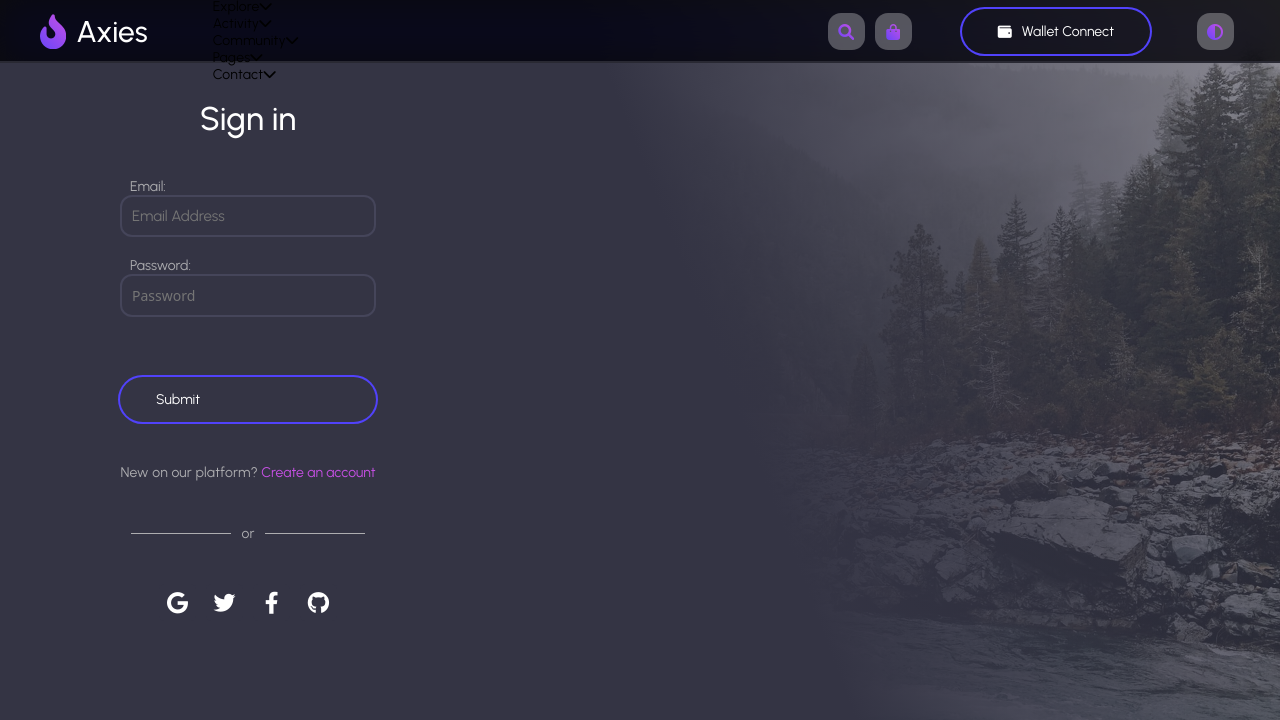
Repository: mohammadfakhrolahi/Axies
Page: public/pages/sign-in/index.html
These files come from the project's save history. The page is drawn as it stood at one moment and after the next save; the edit follows.
The browser window is 1280 px wide. The pictures show the whole page.
The style sheet was rebuilt from its Sass, Less or Tailwind sources for each picture, by a compiler version that may differ from the author's.

Above is the page before, as saved 2022-06-01 12:00:38.
Console error: TypeError: Cannot read properties of null (reading 'addEventListener')

### public/pages/sign-in/index.html
<!DOCTYPE html>
<html lang="en">
<head>
  <meta charset="UTF-8">
  <meta http-equiv="X-UA-Compatible" content="IE=edge">
  <meta name="viewport" content="width=device-width, initial-scale=1.0">
  <link rel="stylesheet" href="./main.css">
  <link rel="stylesheet" href="../../styles/shared/header.css">
  <link rel="icon" href="./public/images/01_header/favicon.png">
  <link rel="stylesheet" href="https://cdnjs.cloudflare.com/ajax/libs/font-awesome/6.0.0/css/all.min.css"
  integrity="sha512-9usAa10IRO0HhonpyAIVpjrylPvoDwiPUiKdWk5t3PyolY1cOd4DSE0Ga+ri4AuTroPR5aQvXU9xC6qOPnzFeg=="
  crossorigin="anonymous" referrerpolicy="no-referrer"/>
  <title>Axies - Sign in</title>
</head>
<body>
  <header class="main-header">
    <div class="header__section1">
      <a href="../../../index.html" class="logo">
        <i class="fa-solid fa-fire-flame-curved"></i>
         Axies
        </a>

      <nav class="header-nav">
        <ul class="header-nav__items">
          <li class="header-nav__item">Home<i class="fa-solid fa-chevron-down"></i></li>
          <li class="header-nav__item">Explore<i class="fa-solid fa-chevron-down"></i></li>
          <li class="header-nav__item">Activity<i class="fa-solid fa-chevron-down"></i></li>
          <li class="header-nav__item">Community<i class="fa-solid fa-chevron-down"></i></li>
          <li class="header-nav__item">Pages<i class="fa-solid fa-chevron-down"></i></li>
          <li class="header-nav__item">Contact<i class="fa-solid fa-chevron-down"></i></li>
        </ul>
      </nav>
    </div>

    <div class="header__section2">
      <div id="header-btn-container">
        <button class="icon-s icon-box-s" id="search-btn">
          <i class="fa-solid fa-magnifying-glass"></i>
        </button>

        <button class="icon-s icon-box-s" id="cart-btn-open" onclick="openNav()">
          <i class="fa-solid fa-bag-shopping"></i>
        </button>
      </div>

      <button class="btn-l" id="wallet-connect"><i class="fa-solid fa-wallet"></i> Wallet Connect</button>

      <div class="theme-mode">
        <button class="icon-box-s" onclick="themeToggle()">
          <i class="fa-solid fa-circle-half-stroke"></i>
        </button>
      </div>
    </div>

    <div id="search-box-container">
      <form id="search-box">
        <input id="search-box__input" type="text" placeholder="Search...">

        <button class="icon-s" id="search-box__btn">
          <i class="fa-solid fa-magnifying-glass"></i>
        </button>
      </form>
    </div>

    <div id="overlay"></div>

    <div id="cart-menu">
      <div id="cart-menu__main-section">
        <button class="btn-xs" id="cart-btn-close">
          <i class="fa-solid fa-2x fa-xmark"></i>
        </button>

        <h2 id="card-menu__header">My Cart</h2>

        <div class="cart-items">
          <div class="cart-item">
            <div class="cart-item__img-details">
              <div class="profile-image-box-s">
                <img src="../../images/05_Today's Picks/card-item-3.jpg" alt="NFT Image" title="NFT Image">
              </div>

              <div class="cart-item__details">
                <span class="nft-name">Name</span>

                <span class="nft-price">10 ETH</span>
              </div>
            </div>

            <div class="cart-item__last-section">
              <span class="nft-number">2</span>

              <button class="remove-nft btn-s">Remove</button>
            </div>
          </div>

        </div>
      </div>

      <div id="total-price">
        <span class="total-price__price">Total: </span> &nbsp; &nbsp;
        <span class="total-price__price">10 ETH</span>
      </div>
    </div>
  </header>

  <main>
    <div id="main-signin">
      <div id="background">
        <div id="signin-section">
          <h2 id="signin__header">Sign in</h2>

          <form id="signin__form">
            <label class="label" for="email">Email:</label>
            <input type="text" id="email" class="input" name="email" placeholder="Email Address">

            <label class="label" for="password">Password:</label>
            <input type="password" id="password" class="input" name="password" placeholder="Password">

            <input type="submit" id="signin-button" class="btn-l">
          </form>

          <div id="text-container">
            <span>New on our platform?</span> &nbsp;
            <a href="#">Create an account</a>
          </div>

          <div id="or-div">
            <hr class="divider"/>
            <span>or</span>
            <hr class="divider"/>
          </div>

          <div class="other-account">
            <a href="" class="login-icon-box" id="google" target="_blanck" title="Google Acount">
              <i class="fa-brands fa-google"></i>
            </a>

            <a href="https://twitter.com/mohammadfMe" class="login-icon-box" id="twitter" target="_blanck" title="Twitter">
              <i class="fa-brands fa-twitter"></i>
            </a>

            <a href="https://www.facebook.com/" class="login-icon-box" id="facebook" target="_blanck" title="Facebook">
              <i class="fa-brands fa-facebook-f"></i>
            </a>

            <a href="https://www.github.com/" class="login-icon-box" id="github" target="_blanck" title="Github">
              <i class="fa-brands fa-github"></i>
            </a>

        </div>
        </div>
      </div>
    </div>
  </main>

  <script src="../../../src/index.js"></script>
</body>
</html>

### public/pages/sign-in/main.scss
// Import Files
@import '../../styles/globalStyling/layout';

main {
  height: 100vh;
  @include flex-jc-ic();
  // padding: 2rem 8rem;
}

#main-signin {
  width: 100%;
  height: 100%;
  @include flex-js-ic();
  background: url('../../images/login-3.jpg') center/cover no-repeat;
}

#background {
  width: 100%;
  height: 100%;
  background: var(--primary-gradiant-bg);
  background: var(--primary-gradiant);
  transition: 0.2s;
}

#signin-section {
  width: 20%;
  height: 100%;
  @include column-jc-ic();
  margin-left: 12rem;
}

// Header
#signin__header {
  color: var(--primary-text);
  font: {
    size: $font-33;
    weight: $weight-500;
  }
}

// Input
.input:not(:last-child) {
  margin-bottom: 2rem;
}

// Submit
#signin-button {
  margin-top: 4rem;
}

// Create account text
#text-container {
  @include flex-js-ic();
  margin-top: 4rem;
  font-size: $font-14;

  span {
    color: var(--secondary-text);
  }

  a {
    color: var(--orchid);
  }
}

// Or Divider
#or-div {
  @include flex-jc-ic();
  color: var(--secondary-text);

  .divider {
    width: 10rem;
    height: 0.05rem;
    background: var(--secondary-text);
    // margin: 1.6rem 0;
    border: none;
  }

  span {
    margin: 4rem 1rem;
  }
}

// Sign in with other account
.other-account {
  @include flex-jc-ic();

  .login-icon-box:not(:last-child) {
    margin-right: 1rem;
  }
}

#google{
  &:hover {
    background: var(--google);
  }
}

#facebook{
  &:hover {
    background: var(--facebook);
  }
}

#twitter{
  &:hover {
    background: var(--twitter);
  }
}

#github{
  &:hover {
    background: var(--background);
    color: var(--black);
  }
}

### public/styles/globalStyling/_layout.scss
// Import Files
@import './reset';
@import './typography';
@import './variable';
@import './color';
@import './buttons';
@import './components';

### public/styles/globalStyling/_reset.scss
// Import font
@import url('https://fonts.googleapis.com/css2?family=Urbanist:ital,wght@0,100;0,200;0,300;0,400;0,500;0,600;0,700;0,800;0,900;1,100;1,200;1,300;1,400;1,500;1,600;1,700;1,800;1,900&display=swap');

body {
  font-family: Urbanist;
}

h1 {
  font-size: 3.7rem;
}

h2 {
  font-size: 2.5rem;
}

h3 {
  font-size: 2.1rem;
}

h4 {
  font: {
    size: 1.6rem;
    // weight: 700;
  }
}

h5 {
  font-size: 1rem;
}

p,
span,
li {
  font-size: 1.4rem;
  letter-spacing: 0.02rem;
}

// Reset CSS

html {
  font-size: 62.5%;
  scroll-behavior: smooth;
}

*,
*::before,
*::after {
  padding: 0;
  margin: 0;
  box-sizing: border-box;
  -webkit-box-sizing: border-box;
}

body,
h1,
h2,
h3,
h4,
h5,
h6,
ul,
li,
div,
nav,
p,
img,
span,
input {
  font-weight: normal;
}

p, span {
  line-height: 1.5;
}

input, textarea {
  all: unset;
  font-size: 1.5rem;
}

textarea {
  resize: none;
  width: auto;
  height: auto;
}

a {
  text-decoration: none;
}

ul,
li {
  list-style: none;
}

img {
  max-width: 100%;
  height: auto;
}

button {
  box-sizing: border-box;
  -webkit-box-sizing: border-box;
  all: unset;
  cursor: pointer;
}

// Dropzone
.dropzone-input {
  all: unset;
}

### public/styles/globalStyling/_typography.scss
// Font Size
$font-12: 1.2rem;
$font-s: 1.2rem;
$font-13: 1.3rem;
$font-14: 1.4rem;
$font-15: 1.5rem;
$font-m: 1.4rem;
$font-l: 1.6rem;
$font-16: 1.6rem;
$font-18: 1.8rem;
$font-xl: 1.9rem;
$font-21: 2.1rem;
$font-22: 2.2rem;
$font-2xl: 3rem;
$font-33: 3.3rem;
$font-4xl: 5.4rem;

// ----- Font Weight -----
$weight-500: 500;
$weight-600: 600;
$weight-700: 700;

// Text Font Size
@mixin paragraph-xs {
  font-size: $font-13;
}

@mixin paragraph-s {
  font: {
    size: $font-21;
    weight: $weight-700;
  }
}

@mixin text-12-gray {
  color: var(--secondary-text);
  font-size: $font-12;
}

@mixin text-13-gray {
  color:var(--secondary-text);
  font: {
    size: $font-13;
    weight: $weight-700;
  }
}

@mixin text-16-white {
  color: var(--primary-text);
  font: {
    size: $font-16;
    weight: $weight-700;
  }
}

@mixin text-18-white {
  color: var(--primary-text);
  font: {
    size: $font-18;
    weight: $weight-700;
  }
}

### public/styles/globalStyling/_variable.scss
@mixin flex-jc-ic {
  display: flex;
  justify-content: center;
  align-items: center;
}

@mixin flex-js-ic {
  display: flex;
  justify-content: flex-start;
  align-items: center;
}

@mixin flex-js-is {
  display: flex;
  justify-content: flex-start;
  align-items: flex-start;
}


@mixin flex-jb-ic {
  display: flex;
  justify-content: space-between;
  align-items: center;
}

@mixin flex-jb-is {
  display: flex;
  justify-content: space-between;
  align-items: flex-start;
}

@mixin flex-ja-ic {
  display: flex;
  justify-content: space-around;
  align-items: center;
}

@mixin flex-jb-cs {
  display: flex;
  justify-content: space-between;
  align-content: flex-start;
}

@mixin flex-wrap-je-ic {
  display: flex;
  flex-wrap: wrap;
  justify-content: space-evenly;
  align-items: center;
  align-content: center;
}

// ----- Column -----
@mixin column-jc-ic {
  display: flex;
  flex-direction: column;
  justify-content: center;
  align-items: center;
}

@mixin column-jc-ie{
  display: flex;
  flex-direction: column;
  justify-content: center;
  align-items: flex-end;
}

@mixin column-jc{
  display: flex;
  flex-direction: column;
  justify-content: space-between;
  // align-content: center;
}

@mixin column-js-is {
  display: flex;
  flex-direction: column;
  justify-content: flex-start;
  align-content: flex-start;
}

@mixin column-js-cs-is {
  display: flex;
  flex-direction: column;
  justify-content: flex-start;
  align-content: flex-start;
  align-items: flex-start;
}

// @mixin column-js-ic {
//   display: flex;
//   flex-direction: column;
//   justify-content: flex-start;
//   // align-items: flex-start;
//   align-content: center;
// }

// ----- CSS Grid -----
@mixin grid {
  display: grid;
}

// Transform
@mixin transform-y {
  &:hover {
    transform: translateY(-2rem);
    transition: 0.4s;
  }
}

@mixin transform-x {
  &:hover {
    transform: translateX(-2rem);
    transition: 0.2s;
  }
}

// Transform Back
@mixin transform-back {
  transform: translateY(0);
  transition: 0.4s;
}

@mixin transform-3d {
  transform: scale3d(1.03, 1.03, 0.3);
}

// Hover
@mixin hover-link {
  &:hover {
    color: $orchid;
  }
}

// ----- Animation -----
@mixin object-animation-1 {
  position: relative;
  animation: example 2s infinite linear;

  @keyframes example {
    0% {
      right: 24.4rem;
      top: 10rem;
    }
    50% {
      right: 26rem;
      top: 10rem;
    }
    51% {
      right: 26rem;
      top: 10rem;
    }
    100% {
      right: 24.4rem;
      top: 10rem;
    }
  }
}

@mixin object-animation-2 {
  position: relative;
  animation: example 10s infinite linear;

  @keyframes example {
    0% {
      right: 50rem;
      top: 20rem;
    }
    50% {
      right: 70rem;
      top: 15rem;
    }
    51% {
      right: 70rem;
      top: 15rem;
    }
    100% {
      right: 50rem;
      top: 20rem;
    }
  }
}

@mixin to-down-animation {
  animation: to-down-animation 0.09s ease-in 1;

  @keyframes to-down-animation {
    0%{
      opacity: 0;
      transform: translateY(-10px);
    }
  }
}

@mixin to-up-animation {
  animation: to-up-animation 0.09s ease-in 1;

  @keyframes to-up-animation {
    0%{
      opacity: 0;
      transform: translateY(0);
    }
  }
}

### public/styles/globalStyling/_buttons.scss
// ----- Buttons -----

button {
  box-sizing: border-box;
}

.likes {
  background: var(--secondary-bg);
  color: var(--primary-text);
  padding: 0.4rem 0.8rem;
  border-radius: 0.7rem;
  font: {
    size: $font-12;
    weight: $weight-700;
  }
  transition: 0.2s;

  &:hover {
    background: var(--primary-text);
    color: var(--secondary-bg);
  }
}

.btn-blue-m {
  background: var(--primary-blue);
  color: var(--background);
  padding: 0.7rem 2rem;
  border-radius: 3rem;
  font-size: $font-14;
  text-align: center;
  transition: 0.2s;

  // i {
  //   margin: 0 1rem 0 1.4rem;
  // }

  &:hover {
    color: var(--background);
    box-shadow: 0 0 0 0.2rem var(--primary-text);
  }

  &:active {
    box-shadow: 0 0 0 0.2rem var(--primary-purple);
  }
}

.btn-b-m {
  background: transparent;
  color: var(--primary-text);
  padding: 0.7rem 1.4rem 0.7rem 0;
  box-shadow: 0 0 0 0.2rem $gray2;
  border-radius: 3rem;
  font-size: $font-14;
  text-align: center;
  transition: 0.2s;

  i {
    margin: 0 1rem 0 1.4rem;
  }

  &:hover {
    color: var(--primary-text);
    box-shadow: 0 0 0 0.2rem var(--primary-text);
  }

  &:active {
    box-shadow: 0 0 0 0.2rem var(--primary-purple);
  }
}

.btn-primary-b-m {
  background: transparent;
  color: var(--primary-text);
  padding: 0.7rem 4rem;
  border: 0.2rem solid var(--primary-text);
  border-radius: 3rem;
  font-size: $font-14;
  text-align: center;
  transition: 0.2s;

  i {
    margin: 0 1rem 0 1.4rem;
  }

  &:hover {
    color: var(--primary-text);
    border: 0.2rem solid var(--primary-purple);
  }

  &:active {
    border: 0.2rem solid $blue1;
  }
}

.btn-b-l {
  background: transparent;
  color: var(--primary-text);
  padding: 1.5rem 3.8rem;
  box-shadow: 0 0 0 0.2rem var(--primary-text);
  border-radius: 3rem;
  font: {
    size: $font-14;
    weight: $weight-700;
  }
  transition: 0.2s;

  i {
    margin: 0 1rem 0 1.4rem;
  }

  &:hover {
    color: var(--primary-text);
    box-shadow: 0 0 0 0.2rem var(--primary-purple);
  }

  &:active {
    box-shadow: 0 0 0 0.2rem $blue1;
  }
}

.btn-xs {
  width: 0.8rem;
  height: 0.8rem;
  @include flex-jc-ic();
  padding: 1rem;
  color: var(--primary-text);
  border-radius: 50%;
  transition: 0.2s;

  &:hover {
    box-shadow: 0 0 0 0.2rem var(--primary-text);
  }
}

.btn-s-2 {
  background: var(--primary-bg);
  color: var(--primary-text);
  padding: 0.8rem 1.1rem;
  border-radius: 3rem;
  transition: 0.2s;
  font: {
    size: $font-12;
    weight: $weight-700;
  }

  i {
    margin-right: 1rem;
  }

  &:hover {
    background: var(--primary-purple);
    color: var(--background);
  }
}

.btn-s-3 {
  width: 3rem;
  height: 3rem;
  @include flex-jc-ic();
  background: var(--primary-bg);
  color: var(--primary-text);
  // padding: 0.8rem 0.9rem;
  border-radius: 50%;
  transition: 0.2s;
  font: {
    size: $font-12;
    weight: $weight-700;
  }

  &:hover {
    background: var(--primary-purple);
    color: var(--background);
  }
}

.btn-s {
  background: red;
  color: var(--background);
  padding: 0.5rem 1rem;
  border-radius: 3rem;
  font-size: $font-m;
  transition: 0.2s;

  i {
    margin-right: 1rem;
  }

  &:hover {
    background: var(--main-red-dark);
  }
}

.btn-l {
  @include flex-jc-ic();
  color: var(--primary-text);
  padding: 1.4rem 3.6rem;
  box-shadow: 0 0 0 0.2rem $blue1;
  border-radius: 3rem;
  font-size: $font-14;

  i {
    margin-right: 1rem;
  }

  &:hover {
    @include animation-gradient-bg();
    color: var(--background);
    box-shadow: 0 0 0 0.2rem $white00;
    // box-shadow: 0 0 0 0.7rem var(--primary-blue-t);
  }

  &:active {
    box-shadow: 0 0 0 0.2rem $white;
  }
}

.btn-l-buy {
  background: var(--background);
  color: var(--black);
  padding: 1.1rem 2.1rem;
  border-radius: 2.5rem;
  font: {
    size: $font-14;
    weight: $weight-500;
  }
  transition: 0.2s;

  i {
    color: var(--primary-purple);
    margin-right: 1rem;
  }

  &:hover {
    box-shadow: 0 0 0 0.7rem var(--primary-purple-t);
  }

  &:active {
    box-shadow: 0 0 0 1.1rem var(--primary-purple-t);
  }
}

.timer {
  @include flex-jc-ic();
  background: $black3;
  color:var(--primary-text);
  padding: 0.5rem 1rem;
  border-radius: 1rem;

  i {
    color: $orchid;
    margin-right: 1rem;
  }
}

### public/styles/globalStyling/_components.scss
// @import './layout';

// ----- Icons -----
.verfied-icon-s {
  width: 1.5rem;
  height: 1.5rem;
  @include flex-jc-ic();
  background: var(--primary-blue);
  color: var(--background);
  border-radius: 50%;
  font-size: 1rem;
}

.icon-s {
  color: var(--primary-text);
  font-size: $font-m;
}

.icon-box-xs {
  width: 2.5rem;
  height: 2.5rem;
  @include flex-jc-ic();
  transition: 0.2s;

  &:hover {
    @include gradient-top();
  }
}

.icon-box-s {
  width: 3.7rem;
  height: 3.7rem;
  @include flex-jc-ic();
  background: var(--icon-color);
  border-radius: 1.3rem;
  font-size: $font-l;
  transition: 0.2s;

  i {
    @include gradient-top-right();
  }

  &:hover {
    background: var(--primary-bg);
  }
}

.social-icon-box {
  width: 3.7rem;
  height: 3.7rem;
  @include flex-jc-ic();
  background: var(--primary-bg);
  color: var(--primary-text);
  border-radius: 0.5rem;
  font-size: $font-22;
  transition: 0.2s;

  &:hover {
    background: $blue1;
    color: var(--background);
  }
}

.login-icon-box {
  width: 3.7rem;
  height: 3.7rem;
  @include flex-jc-ic();
  background: var(--primary-bg);
  color: var(--primary-text);
  border-radius: 0.5rem;
  font-size: $font-22;
  transition: 0.2s;

  &:hover {
    color: var(--background);
  }
}

.icon-box-m {
  width: 5.05rem;
  height: 5.05rem;
  @include flex-jc-ic();
  background: var(--primary-bg);
  border-radius: 1.6rem;
  font-size: $font-22;
}

// ----- Image Box -----
.image-box-m {
  min-width: 30rem;
  height: 10rem;
  @include flex-jc-ic;
  border: 0.2rem solid var(--primary-bg-light);
  border-radius: 1.2rem;
  transition: 0.2s;

  img {
    width: 100%;
    height: 100%;
    object-fit: cover;
    border-radius: 1rem;
  }
}

.profile-image-box-xs {
  width: 5rem;
  height: 5rem;
  border-radius: 1.5rem;

  img {
    border-radius: 1.5rem;
  }
}

.profile-image-box-s {
  width: 4.3rem;
  height: 4.3rem;
  border-radius: 1.5rem;

  img {
    border-radius: 1.5rem;
  }
}

.profile-image-box-s {
  width: 6.2rem;
  height: 6.2rem;

  img {
    border-radius: 2.1rem;
  }
}

.profile-image-box-l {
  width: 9.6rem;
  height: 9.6rem;
  position: relative;

  img {
    border-radius: 3.5rem;
  }

  span {
    width: 2.3rem;
    height: 2.3rem;
    @include flex-jc-ic();
    position: absolute;
    background: var(--primary-blue);
    top: 7.1rem;
    left: 7.1rem;
    border-radius: 50%;

    i {
      @include flex-jc-ic();
      color: var(--background);
      font-size: $font-14;
    }
  }
}

// ----- Badge -----
.badge-blue {
  background: var(--primary-blue);
  color: var(--background);
  padding: 0.4rem 1.1rem;
  border-radius: 1rem;
  font: {
    size: $font-12;
    weight: $weight-700;
  }
}

.badge-number {
  @include flex-jc-ic();
  padding: 0.1rem 0.85rem;
  background: var(--orchid);
  color: var(--background);
  font-size: $font-12;
  border-radius: 3rem;
}

// ----- hr tag -----
hr {
  background: var(--shadow);
  height: 2px;
  margin: 1.6rem 0;
  border: none;
}

// ---- Scrollbar for Google Chrome ----
::-webkit-scrollbar {
  width: 1rem;
}

::-webkit-scrollbar-track {
  background: var(--primary-purple-t);
}

::-webkit-scrollbar-thumb {
  background-color: var(--primary-purple);
  border-radius: 5px;
}

// ---- Scrollbar for FireFox ----
:root {
  scrollbar-color:var(--primary-purple) var(--primary-purple-t)  !important;
  scrollbar-width: thin !important;
}

// ----- Hover -----
@mixin card-hover {
  &:hover {
    border: 2px solid var(--primary-purple-t);
    @include transform-3d();

    .nft-card__image {
      .image-box {
        .place-bid {
          display: flex;
        }
      }
    }
  }
}

// ----- Logo -----
.logo {
  @include flex-js-ic();
  color: var(--primary-text);
  margin-right: 6.5rem;
  font: {
    size: $font-2xl;
    weight: $weight-500;
  }
  transition: 0.2s;

  i {
    @include gradient-top-right();
    margin-right: 1rem;
    font-size: 3.5rem;
  }

  &:hover {
    @include gradient-top-right();
  }
}

// ----- Input -----
// Form
#signin__form {
  width: 100%;
  @include column-js-is();
  margin-top: 4rem;
}

.form-divider {
  @include column-js-is();

  .label {
    margin-bottom: 0.7rem;
  }
}

.label {
  color: var(--secondary-text);
  margin-left: 1rem;
  font-size: $font-14;
}

.input {
  background: transparent;
  color: var(--primary-text);
  padding: 1rem;
  border-radius: 1.2rem;
  border: 0.2rem solid var(--primary-bg-light);
  transition: 0.2s;

  &:focus-within {
    border: 2px solid var(--primary-purple);
    box-shadow: 0 0 0 4px var(--primary-purple-t2);
  }
}

// Password text style
#password {
  font: 140% system-ui;
}

.input-form {
  @include flex-jb-ic();
  width: 29rem;
  padding-left: 2.2rem;
  border: 0.2rem solid $gray3;
  border-radius: 0.9rem;
  transition: 0.2s;

  .input {

    background: transparent;
    color: $gray3;

    &:focus {
      color: var(--primary-text);
    }
  }

  .input-form__btn {
    background: var(--primary-blue);
    padding: 1rem;
    border-radius: 0 0.7rem 0.7rem 0;
    transition: 0.2s;

    i {
      font-size: 2rem;
      color: var(--background);
    }

    &:hover {
      background: var(--primary-purple);
    }
  }

  &:focus-within {
    border: 2px solid var(--primary-purple);
  }
}

// ----- Arrows -----
.arrow {
  display: inline-block;
  border: solid var(--primary-text);
  border-width: 0 0.24rem 0.24rem 0;
  padding: 0.27rem;
  border-radius: 0.2rem;
  transform: rotate(45deg);
  -webkit-transform: rotate(45deg);
}

// .down {
// }

// ----- Profile Card -----
.profile-card-s {
  @include flex-js-ic();
  background: var(--primary-bg);
  color: var(--primary-text);
  padding: 1rem;
  border-radius: 1.5rem;
  transition: 0.2s;

  .info {
    @include column-js-cs-is();
    margin-left: 1rem;

    .info__role {
      color: var(--secondary-text);
      font-size: $font-12;
    }

    .info__name {
      color: var(--primary-text);
      margin-top: 1rem;
      font: {
        size: $font-13;
        weight: $weight-600
      }
    }
  }
}

// Small Box
.box-xs {
  width: 50%;
  background: var(--primary-bg);
  color: var(--primary-text);
  padding: 1.5rem;
  border-radius: 1.5rem;
  transition: 0.2s;
}

Loaded but not shown: products.json (84 lines, source omitted); src/index.js (316 lines, source omitted); public/styles/globalStyling/_color.scss (430 lines, source omitted); public/styles/shared/header.scss (362 lines, source omitted)

After the next save:
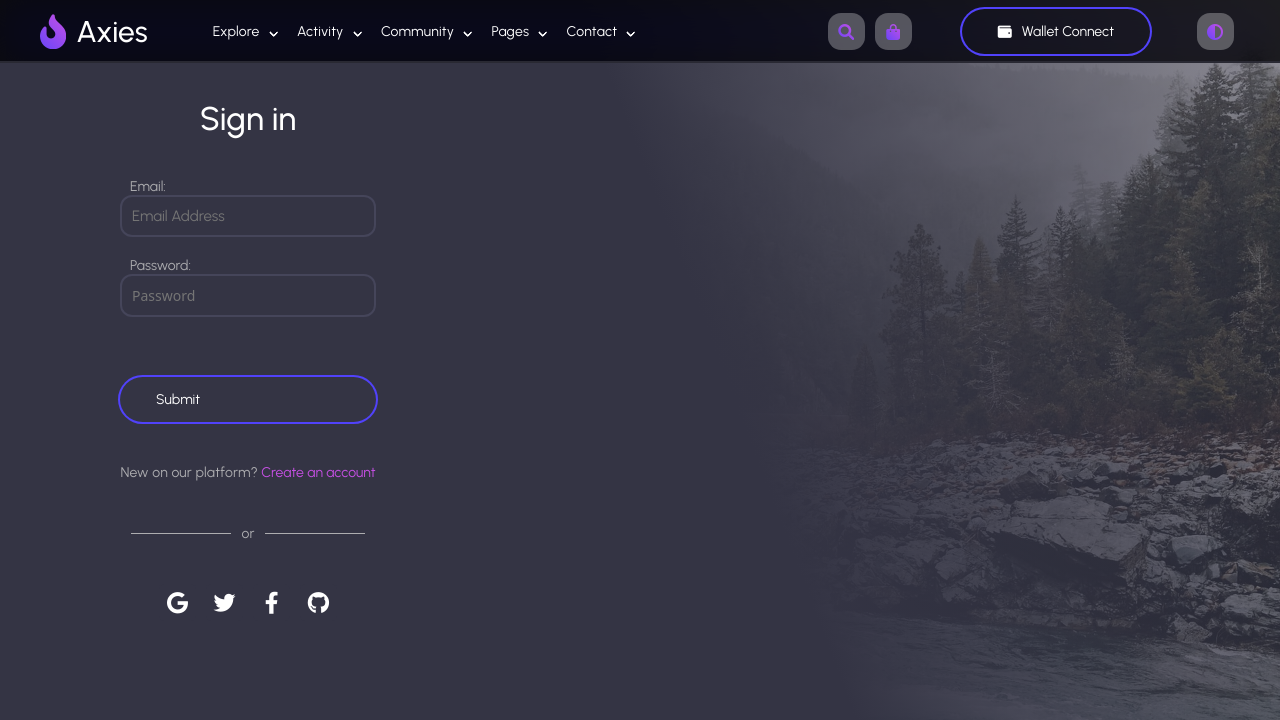
Saved 3 min 7 s later.
--- a/public/pages/sign-in/index.html
+++ b/public/pages/sign-in/index.html
@@ -20,14 +20,12 @@
          Axies
         </a>
 
-      <nav class="header-nav">
-        <ul class="header-nav__items">
-          <li class="header-nav__item">Home<i class="fa-solid fa-chevron-down"></i></li>
-          <li class="header-nav__item">Explore<i class="fa-solid fa-chevron-down"></i></li>
-          <li class="header-nav__item">Activity<i class="fa-solid fa-chevron-down"></i></li>
-          <li class="header-nav__item">Community<i class="fa-solid fa-chevron-down"></i></li>
-          <li class="header-nav__item">Pages<i class="fa-solid fa-chevron-down"></i></li>
-          <li class="header-nav__item">Contact<i class="fa-solid fa-chevron-down"></i></li>
+        <nav class="min-anv">
+          <li class="nav-item">Explore<span class="arrow"></span></li>
+          <li class="nav-item">Activity<span class="arrow"></span></li>
+          <li class="nav-item">Community<span class="arrow"></span></li>
+          <li class="nav-item">Pages<span class="arrow"></span></li>
+          <li class="nav-item">Contact<span class="arrow"></span></li>
         </ul>
       </nav>
     </div>
